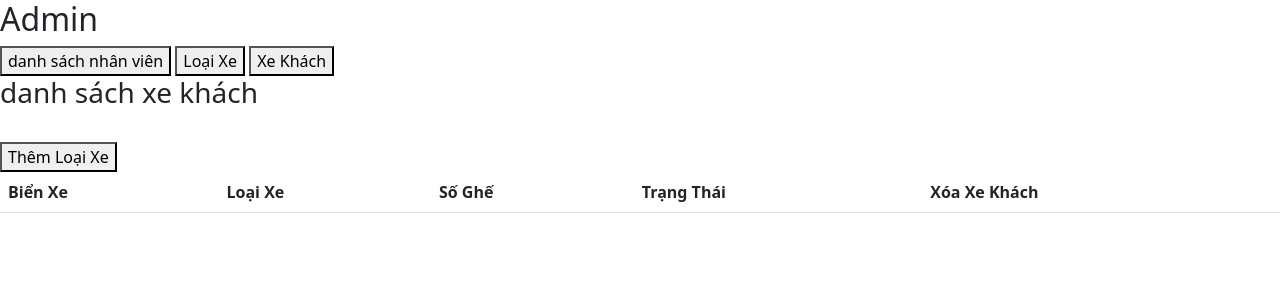
Repository: QuanghuyK1/CNPM
Page: http://localhost/CNPM/WEB-INF/views/xekhach/danhsach.jsp
These files come from the project's save history. The page is drawn as it stood at one moment and after the next save; the edit follows.
The browser window is 1280 px wide. The pictures show the whole page.
The page is served by Tomcat 9. Nobody is signed in. The template is opened directly, without the code that normally fills it, so the values that code supplies are empty.

Above is the page before, as saved 2022-04-25 05:34:15.

After the next save:
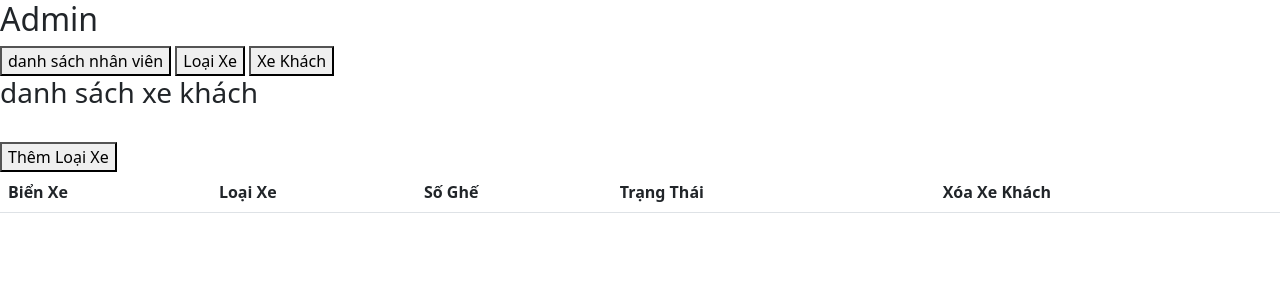
Saved 53 s later.
--- a/CNPM-main/WebXeKhach/CNPM/src/main/webapp/WEB-INF/views/xekhach/danhsach.jsp
+++ b/CNPM-main/WebXeKhach/CNPM/src/main/webapp/WEB-INF/views/xekhach/danhsach.jsp
@@ -32,6 +32,7 @@
 				<th scope="col">Loại Xe</th>
 				<th scope="col">Số Ghế</th>
 				<th scope="col">Trạng Thái</th>
+				<th scope="col"></th>
 				<th scope="col">Xóa Xe Khách</th>
 			</tr>
 		</thead>
